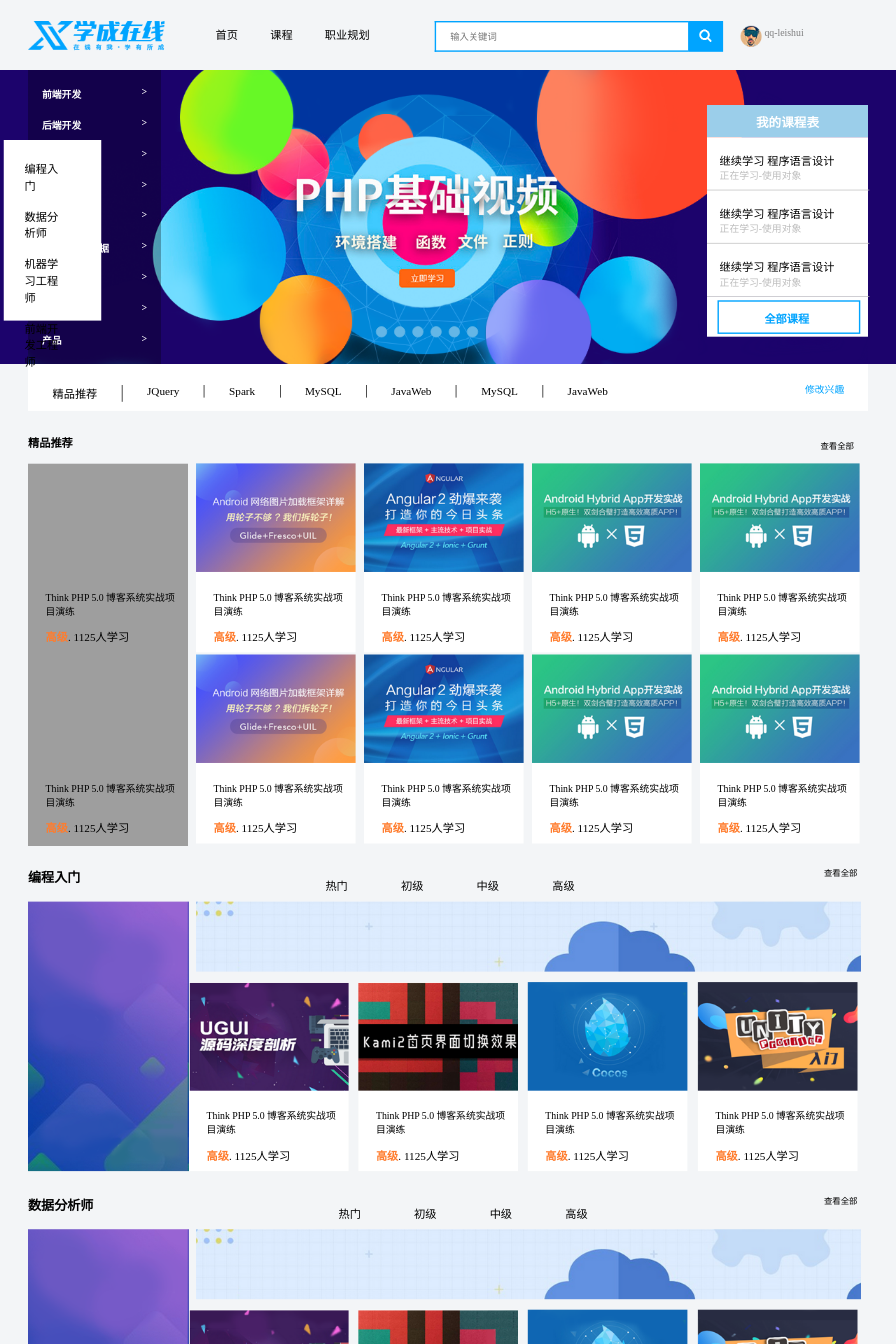
Repository: try-18/web-page-1
Page: index.html
The author's editor kept a copy of each file at every save. The page is drawn from the files as they stood at one save, then again after the next save.
The browser window is 1280 px wide. The pictures show the part of the page from y = 0 to 1920 px (the page is 3340 px tall), at 70% of full size.
Pictures or frames that could not be fetched are drawn as grey boxes.

Above is the page before, as saved 2021-11-02 12:41:46.

After the next save:
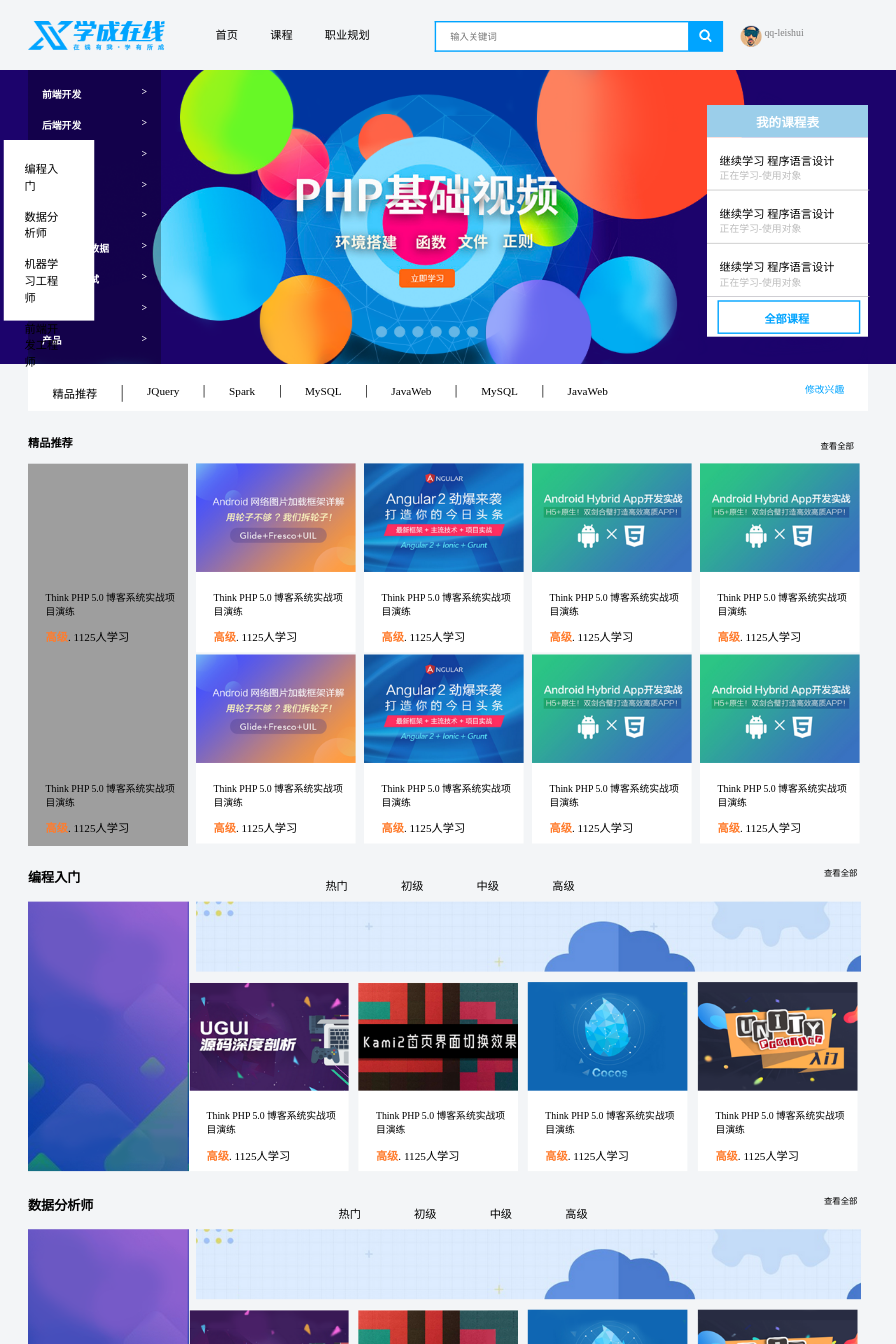
Saved 27 s later.
--- a/index.css
+++ b/index.css
@@ -606,7 +606,7 @@
     width: 60px;
     height: 230px;
     position: fixed;
-    padding: 28px 50px 0 30px;
+    padding: 28px 40px 0 30px;
     top: 200px;
     left: 5px;
     background-color: #fff;
